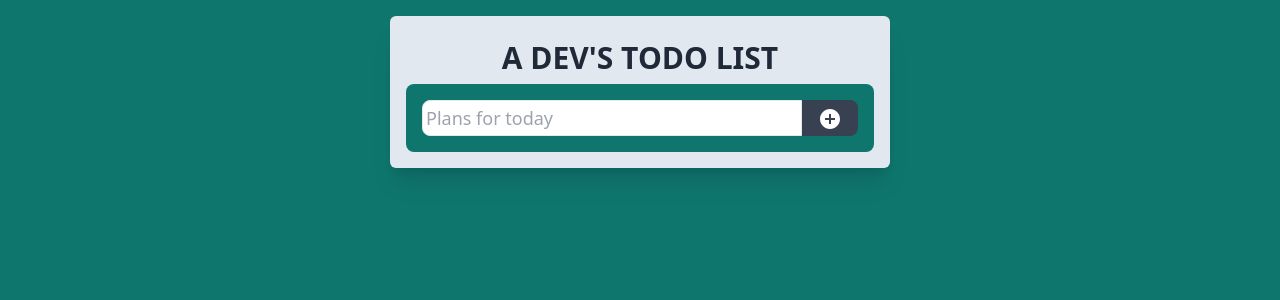
Repository: DevAntonioRogers/React-Todo-CRUD-App
Page: /
An editor plug-in stored every save of this project. The page is shown before and after the next save, followed by the edit.
The browser window is 1280 px wide. The pictures show the whole page.
The project was rebuilt for these pictures with package versions that can differ from the ones it lists, and the page was loaded fresh each time. Also part of the build but not shown: vite.config.ts.

Above is the page before, as saved 2023-05-14 01:57:49.

After the next save:
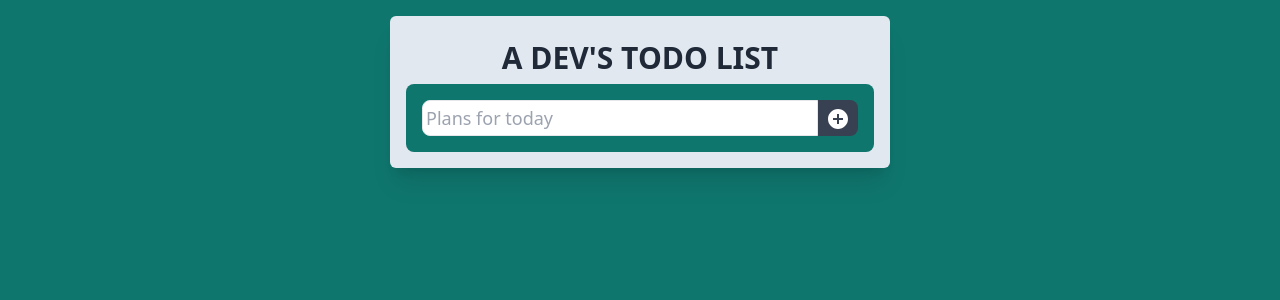
Saved 13 s later.
--- a/src/components/Form.tsx
+++ b/src/components/Form.tsx
@@ -8,7 +8,7 @@ const Form = () => {
         type="text"
         placeholder="Plans for today"
       />
-      <button className="p-[3px] bg-gray-700 border-none outline-0 px-4 rounded-tr-lg rounded-br-lg text-white">
+      <button className="p-[3px] bg-gray-700 border-none outline-0 px-2 rounded-tr-lg rounded-br-lg text-white">
         <AddCircleIcon />
       </button>
     </form>
